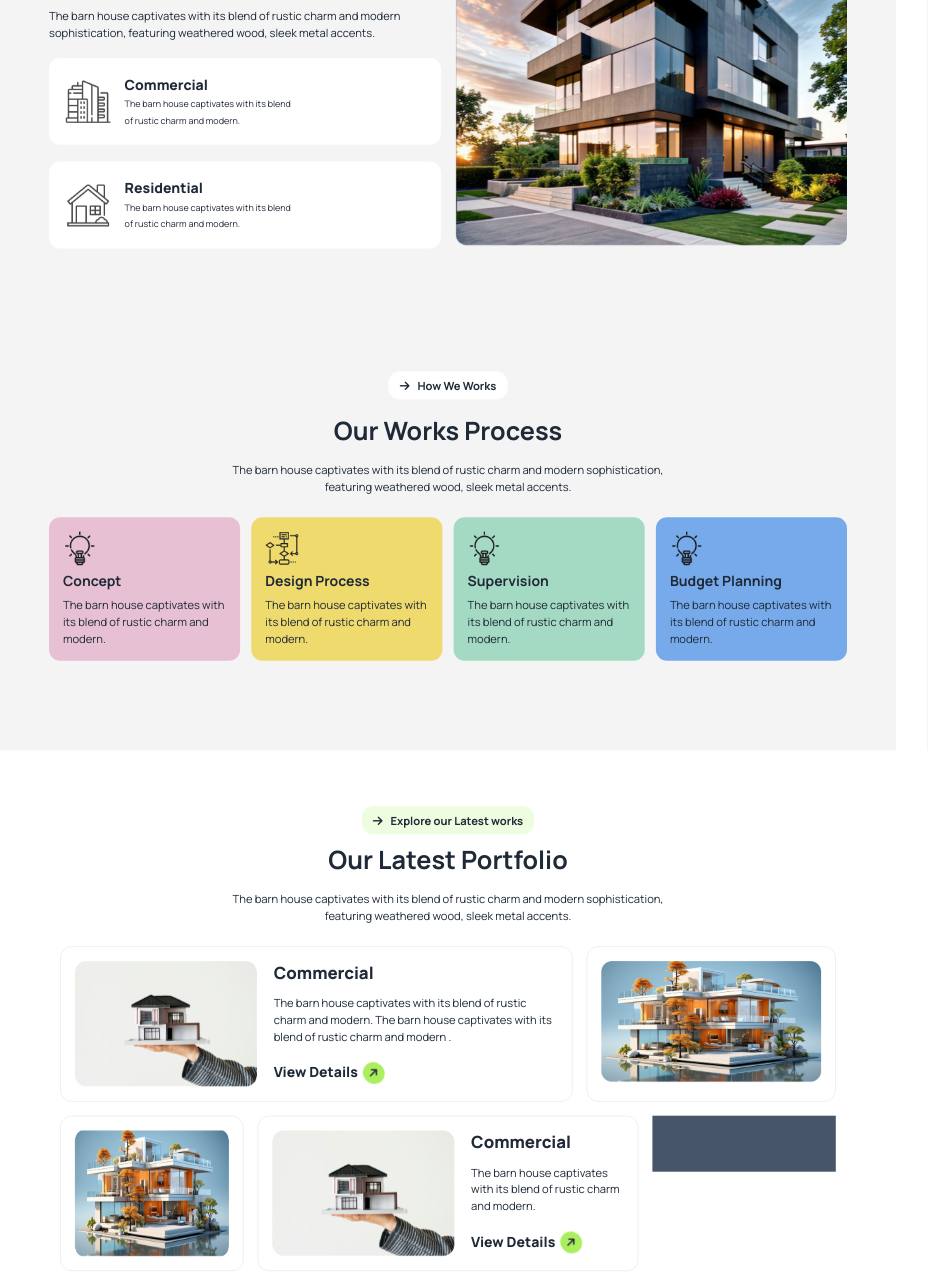
Repository: Tanvir4312/assignment-03
Page: index.html
An editor plug-in stored every save of this project. The page is shown before and after the next save, followed by the edit.
The browser window is 1280 px wide. The page is 1325 px wide, so the pictures cover 1325 px, including what lies to the right of the window. The pictures show the part of the page from y = 1227 to 3067 px (the page is 3067 px tall), at 70% of full size.
Some web libraries are served in a nearby version.

Above is the page before, as saved 2024-10-30 18:53:09.

After the next save:
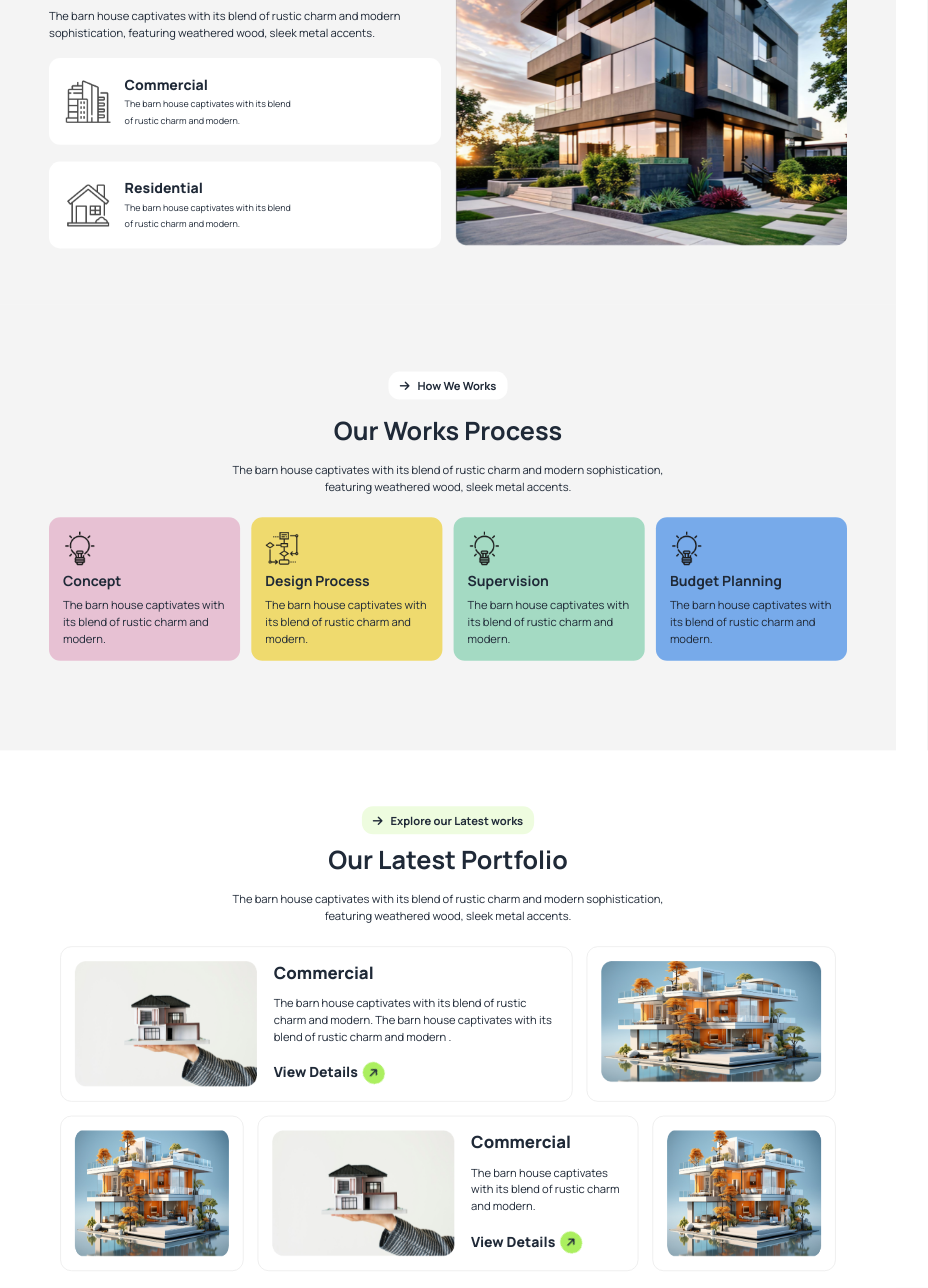
Saved 26 s later.
--- a/index.html
+++ b/index.html
@@ -279,7 +279,9 @@
                             </div>
                         </div>
                     </div>
-                    <div class="h-20 bg-slate-600"></div>
+                    <div class="border border-[rgba(233,233,233)] rounded-2xl p-5 bg-white">
+                        <img class="h-full" src="./assets/img2.png" alt="">
+                    </div>
 
                 </div>
             </div>
